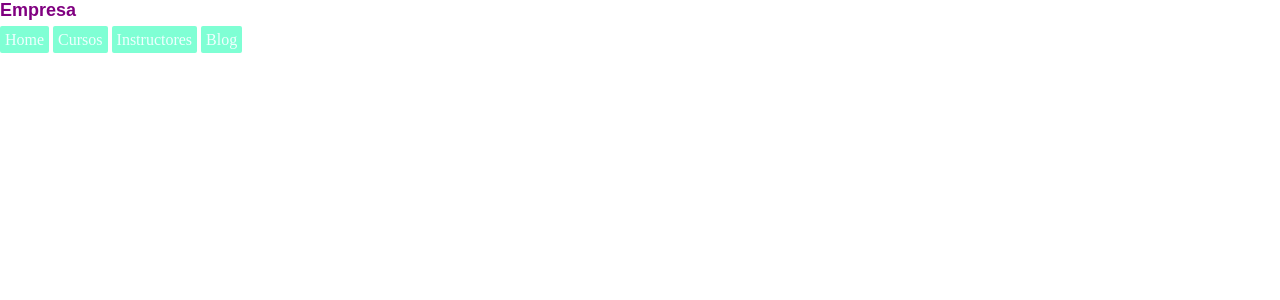
Repository: Daniel009980/daniel0099980
Page: especificidad/index.html
These files come from the project's save history. The page is drawn as it stood at one moment and after the next save; the edit follows.
The browser window is 1280 px wide. The pictures show the whole page.

Above is the page before, as saved 2022-09-14 22:03:28.

After the next save:
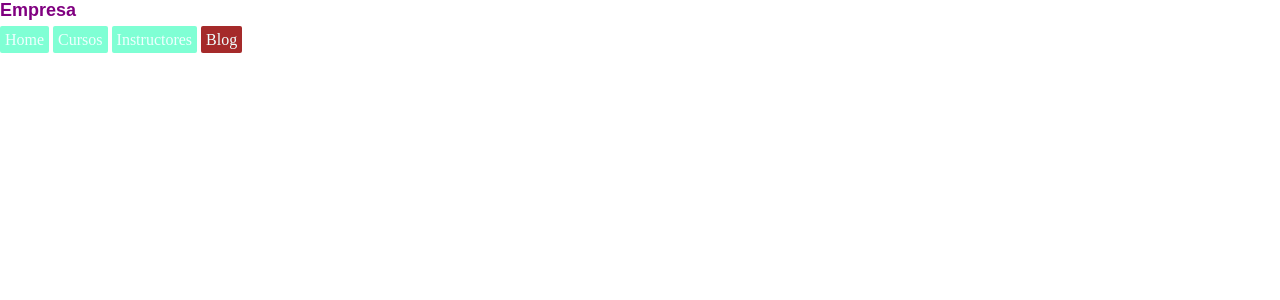
Saved 6 min 18 s later.
--- a/especificidad/index.html
+++ b/especificidad/index.html
@@ -15,7 +15,7 @@
                 <li><a href="">Home</a></li>
                 <li><a href="">Cursos</a></li>
                 <li><a href="">Instructores</a></li>
-                <li><a href="">Blog</a></li>
+                <li><a href="" style="background-color: brown;">Blog</a></li>
             </ul>
         </nav>
     </header>
